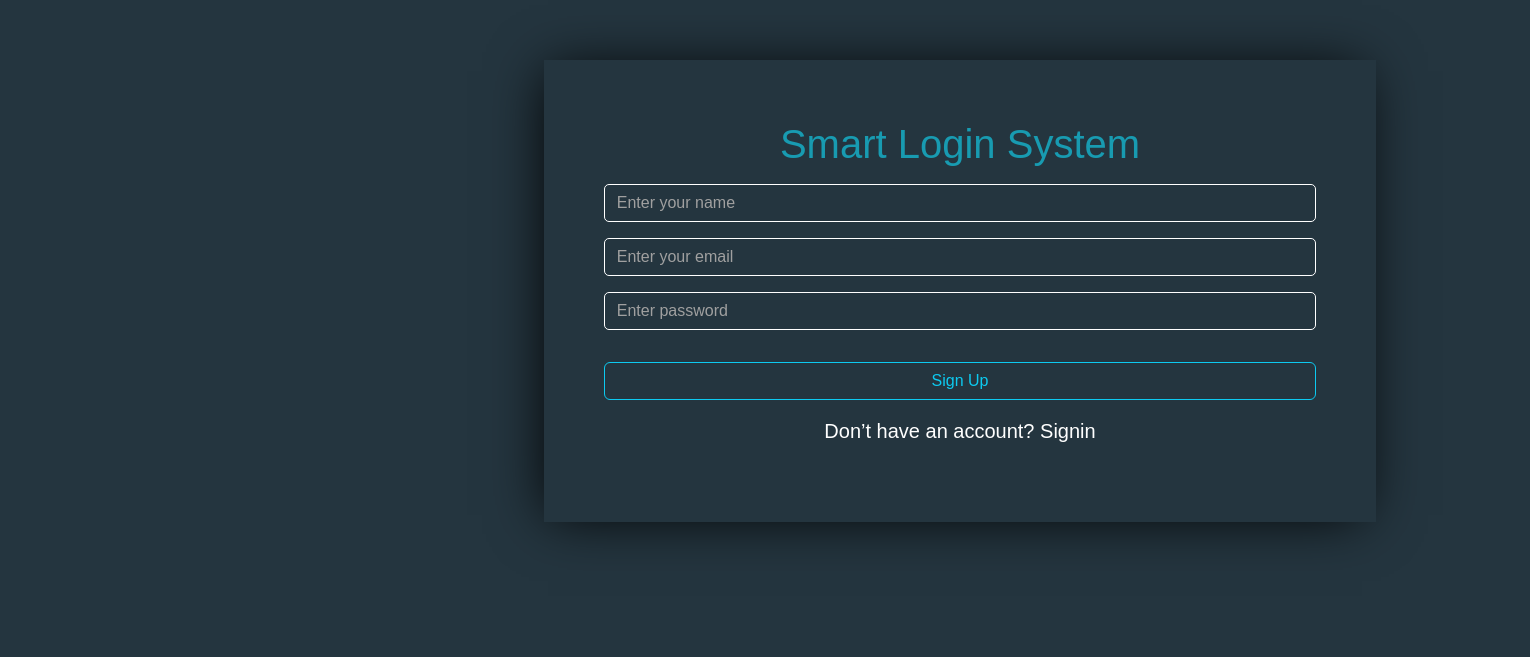
Repository: bodajava/TASK-4
Page: scoundIndex.html
An editor plug-in stored every save of this project. The page is shown before and after the next save, followed by the edit.
The browser window is 1280 px wide. The page is 1530 px wide, then 1280 px, then 1530 px, so the pictures cover 1530 px, including what lies to the right of the window. The pictures show the whole page.

Above is the page before, as saved 2025-06-19 10:17:03.

### scoundIndex.html
<!DOCTYPE html>
<html lang="en">
  <head>
    <link rel="stylesheet" href="CSS/all.min.css" />
    <link rel="stylesheet" href="CSS/bootstrap.css" />
    <link rel="stylesheet" href="CSS/style.css" />
    <meta charset="UTF-8" />
    <meta name="viewport" content="width=device-width, initial-scale=1.0" />
    <title>Document</title>
  </head>
  <body>
    <div id="item" class="container text-center">
      <div id="item2" class="m-auto w-75">
        <h1>Smart Login System</h1>
        <input
          type="text"
          class="form-control my-3"
          placeholder="Enter your name"
          id="signinName"
        />
        <input
          type="password"
          class="form-control my-3"
          placeholder="Enter your email"
          id="signinEmail"
        />
        <input
          type="password"
          class="form-control my-3"
          placeholder="Enter password"
          id="signinPassword2"
        />
        <button class="btn btn-outline-info w-100 my-3">Sign Up</button>
        <p class="paragraph">
          Don’t have an account?
          <a class="anchor" href="index.html">Signin</a>
        </p>
      </div>
    </div>
    <script src="js/bootstrap.bundle.min.js"></script>
    <script src="js/index.js"></script>
  </body>
</html>

### CSS/style.css
* {
  padding: 0;
  margin: 0;
  box-sizing: border-box;
}

body {
  background-color: #24353f;
  font-family: Arial, sans-serif;
}

#item {
  margin-top: 60px;
  margin-left: 390px;
  margin-right: 390px;
  padding-left: 15px;
  padding-right: 15px;
  justify-content: center;
  align-items: center;
  display: flex;
}

#item2 {
  box-shadow: -5px 2px 54px -9px rgba(0, 0, 0, 1);
  margin-left: 138.75px;
  margin-right: 138.75px;
  padding-left: 60px;
  padding-right: 60px;
  padding-top: 60px;
  padding-bottom: 60px;
}

h1 {
  color: #189bb1;
}

.anchor {
  text-decoration: none;
}

.anchor:hover {
  text-decoration: underline;
}

.paragraph {
  font-size: 20px;
  line-height: 30px;
  font-weight: 400;
  color: white;
}

.paragraph a {
  font-size: 20px;
  line-height: 30px;
  font-weight: 400;
  color: white;
}

.form-control {
  background-color: #24353f;
  border: 1px solid white;
  color: #fff;
  border-radius: 5px;
}

.form-control::placeholder {
  color: #a0a0a0;
}

.form-control:focus {
  background-color: #24353f;
  color: #fff;
  border-color: #189bb1;
  outline: none;
  box-shadow: none;
}

.btnn {
  text-decoration: none;
  color: #189bb1;
}

.btnn:hover {
  color: white;
}

#box {
  box-shadow: -5px 2px 54px -9px rgba(0, 0, 0, 1);
}

#nav {
  background-color: #24353f !important;
}

#container {
  box-shadow: -5px 2px 54px -9px rgba(0, 0, 0, 1);
}

#margen {
  margin-left: 90px;
  font-size: 25px;
  line-height: 38px;
  font-weight: 400;
  color: white;
}

ul li {
  margin-right: 90px;
  padding-bottom: 10px;
}

#userName {
  box-shadow: -5px 2px 54px -9px rgba(0, 0, 0, 1);
  padding-left: 60px;
  padding-right: 60px;
  padding-bottom: 60px;
  padding-top: 60px;
  margin-top: 259.375px;
  margin-bottom: 259.375px;
  margin-left: 238.75px;
  margin-right: 238.75px;
}

### js/index.js
var signinEmailInput = document.getElementById("signinEmail");
var signinPasswordInput = document.getElementById("signinPassword");

var signinNameInput = document.getElementById("signinName");
var signinEmailInput = document.getElementById("signinEmail");
var signinPassword2 = document.getElementById("signinPassword2");

Loaded but not shown: CSS/all.min.css (library); CSS/bootstrap.css (library); js/bootstrap.bundle.min.js (library)

After the next save:
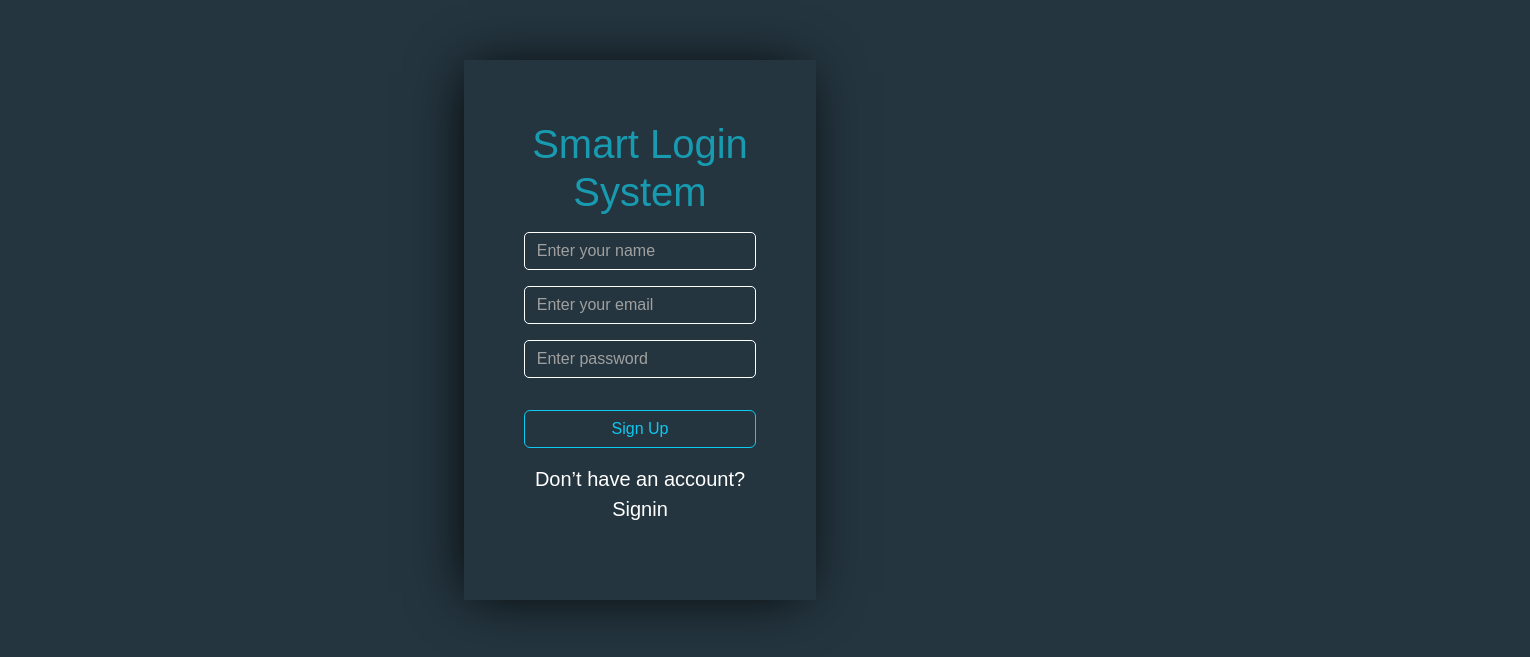
Saved 13 s later.
--- a/CSS/style.css
+++ b/CSS/style.css
@@ -6,6 +6,9 @@
 
 body {
   background-color: #24353f;
+  justify-content: center;
+  align-items: center;
+  display: flex;
   font-family: Arial, sans-serif;
 }
 
@@ -15,9 +18,6 @@ body {
   margin-right: 390px;
   padding-left: 15px;
   padding-right: 15px;
-  justify-content: center;
-  align-items: center;
-  display: flex;
 }
 
 #item2 {

After the save that followed:
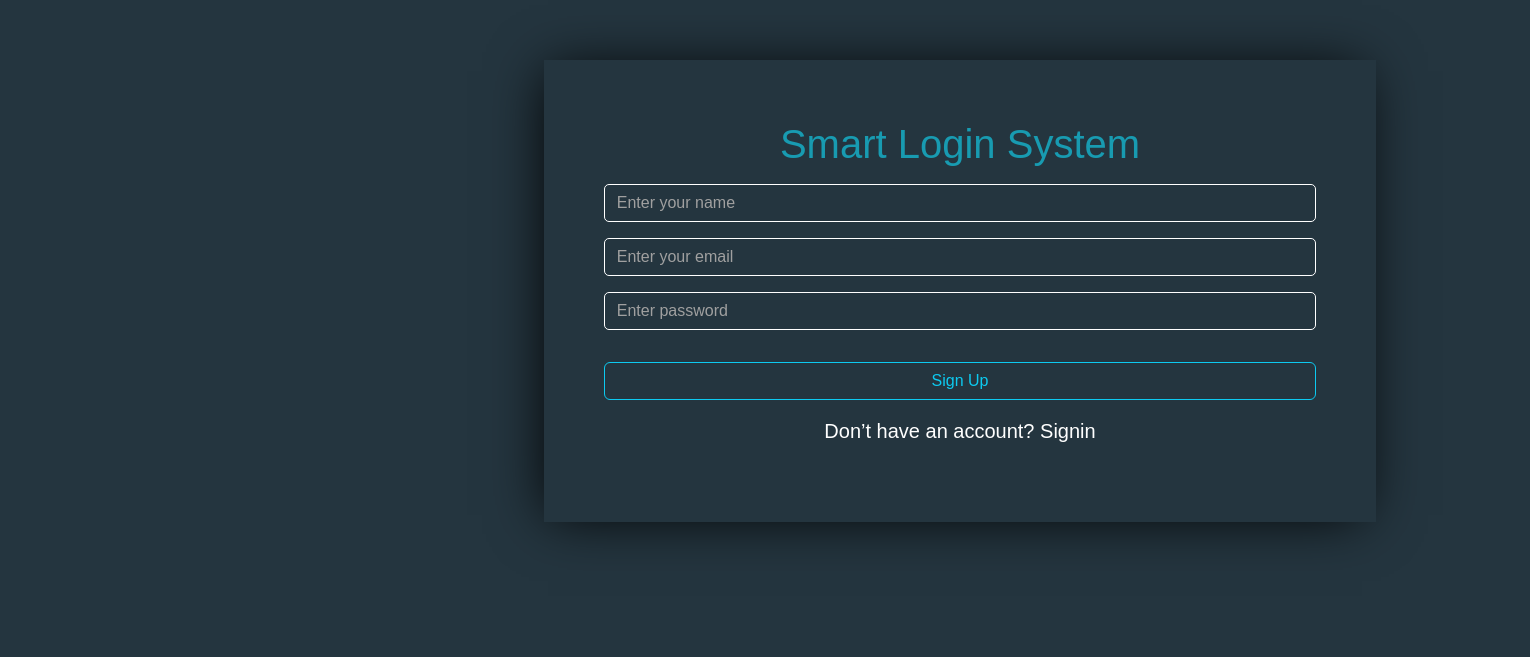
Saved 21 s later.
--- a/CSS/style.css
+++ b/CSS/style.css
@@ -6,9 +6,7 @@
 
 body {
   background-color: #24353f;
-  justify-content: center;
-  align-items: center;
-  display: flex;
+
   font-family: Arial, sans-serif;
 }
 
